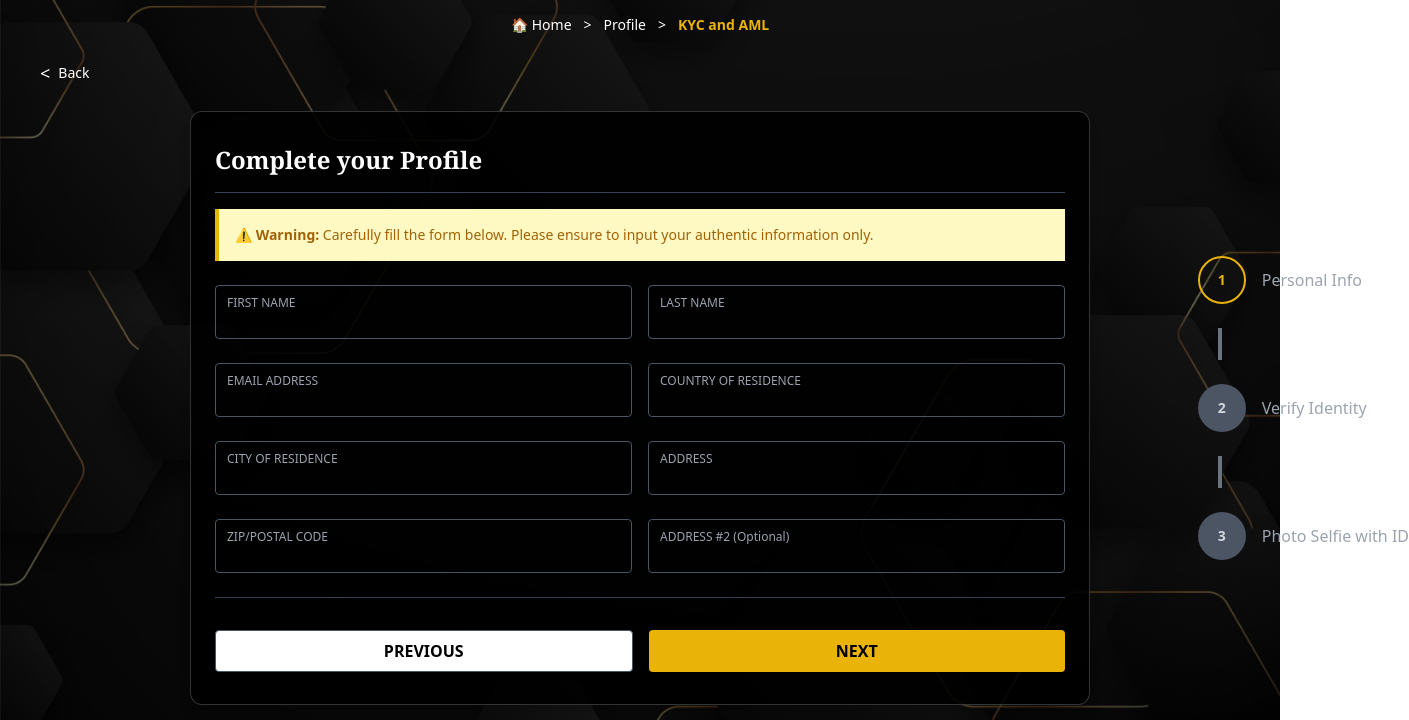
Repository: gloriousnetworker/onestep-authentication-system
Page: /kyc-setup
The author's editor kept a copy of each file at every save. The page is drawn from the files as they stood at one save, then again after the next save.
The browser window is 1280 px wide. The page is 1409 px wide, so the pictures cover 1409 px, including what lies to the right of the window. The pictures show the whole page.
The project was rebuilt for these pictures with package versions that can differ from the ones it lists, and the page was loaded fresh each time. Also part of the build but not shown: vite.config.js, src/pages/LoginPage.jsx, src/pages/SignupPage.jsx, src/pages/GrantAccess.jsx, src/pages/GrantAccessSignup.jsx, src/pages/OTPVerificationPage.jsx, src/pages/OTPVerificationSignup.jsx, src/pages/AccountSetupPage.jsx and 7 more.

Above is the page before, as saved 2025-01-17 14:48:38.

### index.html
<!doctype html>
<html lang="en">
  <head>
    <meta charset="UTF-8" />
    <link rel="icon" type="image/svg+xml" href="/digitalfingerprint.png" />
    <meta name="viewport" content="width=device-width, initial-scale=1.0" />
    <title>ONESTEP</title>
  </head>
  <body>
    <div id="root"></div>
    <script type="module" src="/src/main.jsx"></script>
  </body>
</html>

### src/App.jsx
import { BrowserRouter as Router, Routes, Route } from 'react-router-dom';
import { useState } from 'react';  // Import useState to manage notification state
import LoginPage from './pages/LoginPage';
import SignupPage from './pages/SignupPage';
import GrantAccess from './pages/GrantAccess';
import GrantAccessSignup from './pages/GrantAccessSignup';
import OTPVerificationPage from './pages/OTPVerificationPage';
import OTPVerificationSignupPage from './pages/OTPVerificationSignup';
import AccountSetupPage from './pages/AccountSetupPage';
import PasswordPage from './pages/PasswordPage';
import PasscodeSetupPage from './pages/PasscodeSetupPage';
import KYCAmlSetupPage from './pages/KYCSetupPage';
import VerifyIdentityPage from './pages/VerifyIdentityPage';
import DashboardPage from './pages/DashboardPage';
import BiometricsLoginPage from './pages/BiometricLoginPage';
import BiometricsRegistrationPage from './pages/BiometricsSetupPage';
import NotificationPopup from './components/NotificationPopup';  // Import NotificationPopup
import PhotoSelfieWithIDPage from './pages/PhotoSelfieWithIdPage';

function App() {
  // State for managing notification
  const [notification, setNotification] = useState({
    message: "",
    type: "",
  });

  // Function to trigger notification
  const showNotification = (message, type) => {
    setNotification({ message, type });
    // Automatically clear notification after 3 seconds
    setTimeout(() => setNotification({ message: "", type: "" }), 3000);
  };

  return (
    <Router>
      {/* Notification Popup */}
      <NotificationPopup
        message={notification.message}
        type={notification.type}
        onClose={() => setNotification({ message: "", type: "" })}
      />

      <Routes>
        <Route path="/" element={<LoginPage showNotification={showNotification} />} />
        <Route path="/sign-up" element={<SignupPage showNotification={showNotification} />} />
        <Route path="/grant-access" element={<GrantAccess showNotification={showNotification} />} />
        <Route path="/grant-access-signup" element={<GrantAccessSignup showNotification={showNotification} />} />
        <Route path="/otp-verification" element={<OTPVerificationPage showNotification={showNotification} />} />
        <Route path="/otp-verification-signup" element={<OTPVerificationSignupPage showNotification={showNotification} />} />
        <Route path="/account-setup" element={<AccountSetupPage showNotification={showNotification} />} />
        <Route path="/password" element={<PasswordPage showNotification={showNotification} />} />
        <Route path="/passcode" element={<PasscodeSetupPage showNotification={showNotification} />} />
        <Route path="/biometrics-setup" element={<BiometricsRegistrationPage showNotification={showNotification} />} />
        <Route path="/biometrics-login" element={<BiometricsLoginPage showNotification={showNotification} />} />
        <Route path="/kyc-setup" element={<KYCAmlSetupPage showNotification={showNotification} />} />
        <Route path="/verify-kyc" element={<VerifyIdentityPage showNotification={showNotification} />} />
        <Route path="/photo-verification" element={<PhotoSelfieWithIDPage showNotification={showNotification} />} />
        <Route path="/dashboard" element={<DashboardPage showNotification={showNotification} />} />
      </Routes>
    </Router>
  );
}

export default App;

### src/pages/KYCSetupPage.jsx
import React, { useState } from "react";
import { useNavigate } from "react-router-dom";

const KYCAmlSetupPage = () => {
  const navigate = useNavigate();
  const [formData, setFormData] = useState({
    firstName: "",
    lastName: "",
    email: "",
    country: "",
    city: "",
    address: "",
    postalCode: "",
    address2: "", // New address input for Address #2 (optional)
  });
  const [errors, setErrors] = useState({});
  const [isLoading, setIsLoading] = useState(false);
  const [formSubmitted, setFormSubmitted] = useState(false);

  const handleInputChange = (e) => {
    const { name, value } = e.target;
    setFormData({ ...formData, [name]: value });
  };

  // Validation logic
  const validateForm = () => {
    let formErrors = {};
    if (!formData.firstName) formErrors.firstName = "First Name is required.";
    if (!formData.lastName) formErrors.lastName = "Last Name is required.";
    if (!formData.email) {
      formErrors.email = "Email is required.";
    } else if (!/\S+@\S+\.\S+/.test(formData.email)) {
      formErrors.email = "Email address is invalid.";
    }
    if (!formData.country) formErrors.country = "Country is required.";
    if (!formData.city) formErrors.city = "City is required.";
    if (!formData.address) formErrors.address = "Address is required.";
    if (!formData.postalCode) formErrors.postalCode = "Postal code is required.";

    return formErrors;
  };

  // Handle form submission
  const handleSubmit = async (e) => {
    e.preventDefault();
    const validationErrors = validateForm();
    setErrors(validationErrors);

    if (Object.keys(validationErrors).length === 0) {
      setIsLoading(true);
      setFormSubmitted(false);
      // Simulate API call or further processing
      setTimeout(() => {
        setIsLoading(false);
        setFormSubmitted(true);
        // Redirect after successful form submission
        navigate("/verify-kyc");
      }, 2000); // Simulated delay for loading
    }
  };

  return (
    <div
      className="relative bg-cover bg-center min-h-screen flex flex-col justify-center"
      style={{
        backgroundImage:
          "linear-gradient(rgba(0, 0, 0, 0.6), rgba(0, 0, 0, 0.6)), url('/background.jpg')",
      }}
    >
      {/* Breadcrumb Navigation */}
      <div className="text-white text-sm flex items-center gap-2 justify-center mb-4">
        <span
          className="flex items-center gap-1 cursor-pointer"
          onClick={() => navigate("/")}
        >
          <span>🏠</span>
          <span>Home</span>
        </span>
        <span className="mx-1">{">"}</span>
        <span className="flex items-center gap-1 cursor-pointer">
          <span>Profile</span>
        </span>
        <span className="mx-1">{">"}</span>
        <span className="text-yellow-500 font-semibold">KYC and AML</span>
      </div>

      {/* Back Button */}
      <div
        className="text-white text-sm flex items-center gap-2 cursor-pointer mb-6 lg:ml-10 lg:mt-2"
        onClick={() => navigate(-1)}
      >
        <span className="text-lg">{"<"}</span>
        <span>Back</span>
      </div>

      {/* Card and Content */}
      <div className="w-full max-w-[900px] mx-auto px-6 py-8 bg-black bg-opacity-90 border border-white border-opacity-20 rounded-xl shadow-lg relative">
        {/* Header */}
        <h1 className="text-white text-xl sm:text-2xl font-bold mb-4 font-serif text-center sm:text-left">
          Complete your Profile
        </h1>

        <hr className="border-gray-700 mb-4" />

        {/* Step Info (For Large Screens - Right Side) */}
        <div className="hidden md:flex flex-col items-start gap-6 md:absolute md:top-1/2 md:-right-80  md:transform md:-translate-y-1/2">
          {/* Step 1 */}
          <div className="flex items-center gap-4">
            <div className="w-12 h-12 flex items-center justify-center rounded-full bg-transparent border-2 border-yellow-500 text-yellow-500 text-sm font-semibold">
              1
            </div>
            <span className="text-gray-400 text-base font-medium">
              Personal Info
            </span>
          </div>
          {/* Connector */}
          <div className="h-8 w-1 bg-gray-500 ml-5"></div>
          {/* Step 2 */}
          <div className="flex items-center gap-4">
            <div className="w-12 h-12 flex items-center justify-center rounded-full bg-gray-600 text-gray-300 text-sm font-semibold">
              2
            </div>
            <span className="text-gray-400 text-base font-medium">
              Verify Identity
            </span>
          </div>
          {/* Connector */}
          <div className="h-8 w-1 bg-gray-500 ml-5"></div>
          {/* Step 3 */}
          <div className="flex items-center gap-4">
            <div className="w-12 h-12 flex items-center justify-center rounded-full bg-gray-600 text-gray-300 text-sm font-semibold">
              3
            </div>
            <span className="text-gray-400 text-base font-medium">
              Photo Selfie with ID
            </span>
          </div>
        </div>

        {/* Step Info (For Mobile and Tablet Screens - Top) */}
        <div className="flex lg:hidden justify-center items-center gap-6 mb-6">
          {/* Circle 1 */}
          <div className="flex flex-col items-center">
            <div className="w-10 h-10 flex items-center justify-center rounded-full bg-yellow-500 text-black text-sm font-semibold">
              1
            </div>
            <p className="text-xs text-gray-300 mt-2">Personal Info</p>
          </div>
          {/* Circle 2 */}
          <div className="flex flex-col items-center">
            <div className="w-10 h-10 flex items-center justify-center rounded-full bg-gray-600 text-gray-300 text-sm font-semibold">
              2
            </div>
            <p className="text-xs text-gray-300 mt-2">Verify Identity</p>
          </div>
          {/* Circle 3 */}
          <div className="flex flex-col items-center">
            <div className="w-10 h-10 flex items-center justify-center rounded-full bg-gray-600 text-gray-300 text-sm font-semibold">
              3
            </div>
            <p className="text-xs text-gray-300 mt-2">Photo Selfie with ID</p>
          </div>
        </div>

        {/* Warning */}
        <div className="bg-yellow-100 border-l-4 border-yellow-500 text-yellow-700 p-4 mb-6">
          <p className="text-sm">
            <span className="font-bold">⚠ Warning:</span> Carefully fill the
            form below. Please ensure to input your authentic information only.
          </p>
        </div>

        {/* Form */}
        <div className="grid grid-cols-1 sm:grid-cols-2 gap-4 mb-6">
          {/* First Name */}
          <div className="relative">
            <input
              type="text"
              name="firstName"
              className="peer w-full bg-transparent border border-gray-600 rounded px-3 pt-5 pb-2 text-gray-200 outline-none focus:border-blue-500"
              value={formData.firstName}
              onChange={handleInputChange}
            />
            <label className="absolute left-3 top-2.5 text-gray-400 text-xs transition-all peer-placeholder-shown:top-5 peer-placeholder-shown:text-sm peer-placeholder-shown:text-gray-600 peer-focus:top-2.5 peer-focus:text-xs peer-focus:text-blue-500">
              FIRST NAME
            </label>
            {errors.firstName && <p className="text-red-500 text-xs">{errors.firstName}</p>}
          </div>

          {/* Last Name */}
          <div className="relative">
            <input
              type="text"
              name="lastName"
              className="peer w-full bg-transparent border border-gray-600 rounded px-3 pt-5 pb-2 text-gray-200 outline-none focus:border-blue-500"
              value={formData.lastName}
              onChange={handleInputChange}
            />
            <label className="absolute left-3 top-2.5 text-gray-400 text-xs transition-all peer-placeholder-shown:top-5 peer-placeholder-shown:text-sm peer-placeholder-shown:text-gray-600 peer-focus:top-2.5 peer-focus:text-xs peer-focus:text-blue-500">
              LAST NAME
            </label>
            {errors.lastName && <p className="text-red-500 text-xs">{errors.lastName}</p>}
          </div>
        </div>

        <div className="grid grid-cols-1 sm:grid-cols-2 gap-4 mb-6">
          {/* Email */}
          <div className="relative">
            <input
              type="email"
              name="email"
              className="peer w-full bg-transparent border border-gray-600 rounded px-3 pt-5 pb-2 text-gray-200 outline-none focus:border-blue-500"
              value={formData.email}
              onChange={handleInputChange}
            />
            <label className="absolute left-3 top-2.5 text-gray-400 text-xs transition-all peer-placeholder-shown:top-5 peer-placeholder-shown:text-sm peer-placeholder-shown:text-gray-600 peer-focus:top-2.5 peer-focus:text-xs peer-focus:text-blue-500">
              EMAIL ADDRESS
            </label>
            {errors.email && <p className="text-red-500 text-xs">{errors.email}</p>}
          </div>

          {/* Country */}
          <div className="relative">
            <input
              type="text"
              name="country"
              className="peer w-full bg-transparent border border-gray-600 rounded px-3 pt-5 pb-2 text-gray-200 outline-none focus:border-blue-500"
              value={formData.country}
              onChange={handleInputChange}
            />
            <label className="absolute left-3 top-2.5 text-gray-400 text-xs transition-all peer-placeholder-shown:top-5 peer-placeholder-shown:text-sm peer-placeholder-shown:text-gray-600 peer-focus:top-2.5 peer-focus:text-xs peer-focus:text-blue-500">
              COUNTRY OF RESIDENCE
            </label>
            {errors.country && <p className="text-red-500 text-xs">{errors.country}</p>}
          </div>
        </div>

        <div className="grid grid-cols-1 sm:grid-cols-2 gap-4 mb-6">
          {/* City */}
          <div className="relative">
            <input
              type="text"
              name="city"
              className="peer w-full bg-transparent border border-gray-600 rounded px-3 pt-5 pb-2 text-gray-200 outline-none focus:border-blue-500"
              value={formData.city}
              onChange={handleInputChange}
            />
            <label className="absolute left-3 top-2.5 text-gray-400 text-xs transition-all peer-placeholder-shown:top-5 peer-placeholder-shown:text-sm peer-placeholder-shown:text-gray-600 peer-focus:top-2.5 peer-focus:text-xs peer-focus:text-blue-500">
              CITY OF RESIDENCE
            </label>
          </div>

          {/* Address */}
          <div className="relative">
            <input
              type="text"
              name="address"
              className="peer w-full bg-transparent border border-gray-600 rounded px-3 pt-5 pb-2 text-gray-200 outline-none focus:border-blue-500"
              value={formData.address}
              onChange={handleInputChange}
            />
            <label className="absolute left-3 top-2.5 text-gray-400 text-xs transition-all peer-placeholder-shown:top-5 peer-placeholder-shown:text-sm peer-placeholder-shown:text-gray-600 peer-focus:top-2.5 peer-focus:text-xs peer-focus:text-blue-500">
              ADDRESS
            </label>
          </div>
        </div>

        <div className="grid grid-cols-1 sm:grid-cols-2 gap-4 mb-6">
          {/* Postal Code */}
          <div className="relative">
            <input
              type="text"
              name="postalCode"
              className="peer w-full bg-transparent border border-gray-600 rounded px-3 pt-5 pb-2 text-gray-200 outline-none focus:border-blue-500"
              value={formData.postalCode}
              onChange={handleInputChange}
            />
            <label className="absolute left-3 top-2.5 text-gray-400 text-xs transition-all peer-placeholder-shown:top-5 peer-placeholder-shown:text-sm peer-placeholder-shown:text-gray-600 peer-focus:top-2.5 peer-focus:text-xs peer-focus:text-blue-500">
              ZIP/POSTAL CODE
            </label>
          </div>

          {/* Address #2 (Optional) */}
          <div className="relative">
            <input
              type="text"
              name="address2"
              className="peer w-full bg-transparent border border-gray-600 rounded px-3 pt-5 pb-2 text-gray-200 outline-none focus:border-blue-500"
              value={formData.address2}
              onChange={handleInputChange}
            />
            <label className="absolute left-3 top-2.5 text-gray-400 text-xs transition-all peer-placeholder-shown:top-5 peer-placeholder-shown:text-sm peer-placeholder-shown:text-gray-600 peer-focus:top-2.5 peer-focus:text-xs peer-focus:text-blue-500">
              ADDRESS #2 (Optional)
            </label>
          </div>
        </div>
        <hr className="border-gray-700 mb-4" />

        {/* Previous and Next Buttons */}
        <div className="flex gap-4">
          <button className="bg-white text-black border border-gray-600 font-semibold w-full py-2 rounded mt-4">
            PREVIOUS
          </button>
          <button className="bg-yellow-500 hover:bg-yellow-600 text-black font-semibold w-full py-2 rounded mt-4">
            NEXT
          </button>
        </div>
      </div>
    </div>
  );
};

export default KYCAmlSetupPage;

### src/components/NotificationPopup.jsx
import React from "react";

const NotificationPopup = ({ message, type, onClose }) => {
  // Define alert styles based on the type
  const typeStyles = {
    success: "bg-green-500 text-white",
    error: "bg-red-500 text-white",
    warning: "bg-yellow-500 text-black",
    info: "bg-blue-500 text-white",
  };

  return (
    <div
      className={`fixed top-4 right-4 w-[300px] sm:w-[400px] p-4 rounded-md shadow-lg transition-transform transform ${
        message ? "scale-100" : "scale-0"
      } ${typeStyles[type] || "bg-gray-500 text-white"}`}
    >
      <div className="flex justify-between items-center">
        {/* Message Content */}
        <span className="text-sm sm:text-base">{message}</span>

        {/* Close Button */}
        <button
          onClick={onClose}
          className="ml-4 text-lg font-bold hover:text-opacity-80"
          aria-label="Close notification"
        >
          &times;
        </button>
      </div>
    </div>
  );
};

export default NotificationPopup;

### tailwind.config.js
module.exports = {
  content: [
    "./index.html",
    "./src/**/*.{js,jsx,ts,tsx}",
  ],
  theme: {
    extend: {
      fontFamily: {
        'times': ['Times New Roman', 'serif'],
      },
    },
  },
  plugins: [],
};

Loaded but not shown: src/main.jsx (common file); src/index.css (common file)

After the next save:
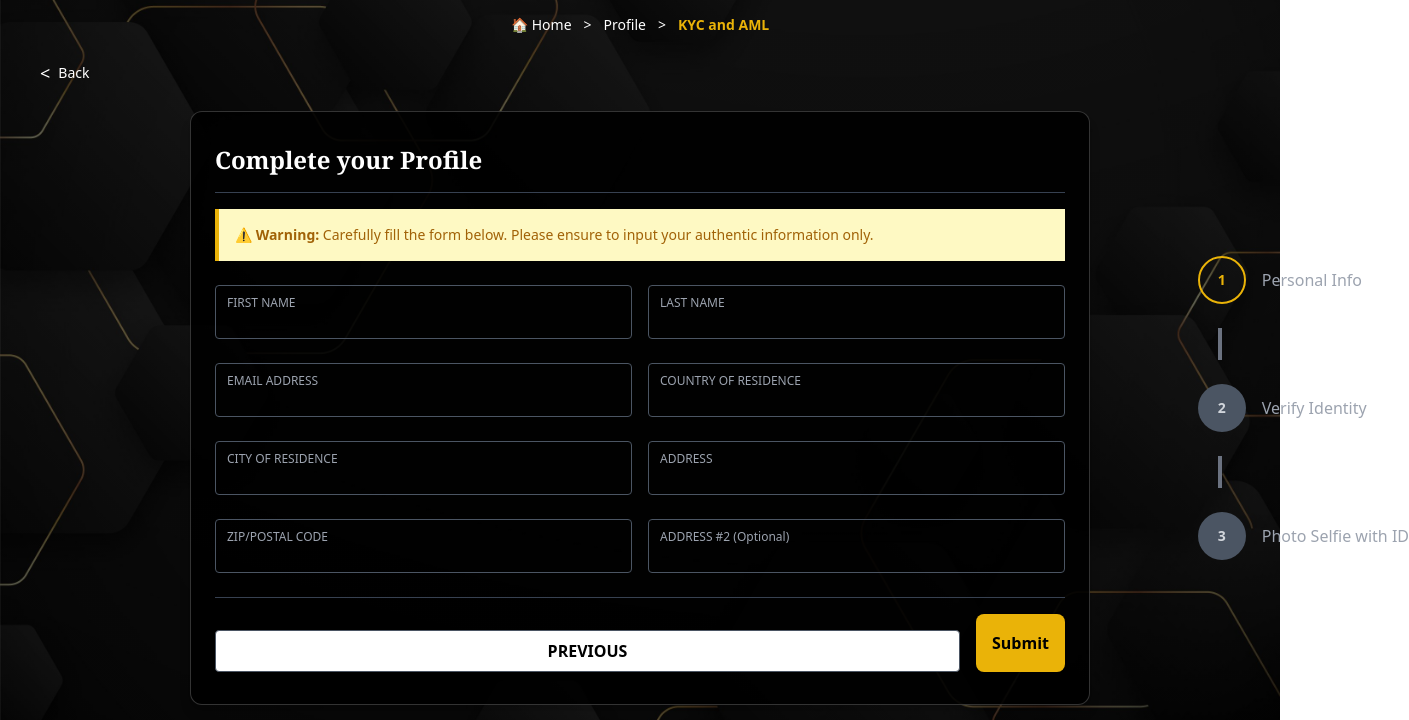
Saved 73 s later.
--- a/src/pages/KYCSetupPage.jsx
+++ b/src/pages/KYCSetupPage.jsx
@@ -301,9 +301,12 @@
           <button className="bg-white text-black border border-gray-600 font-semibold w-full py-2 rounded mt-4">
             PREVIOUS
           </button>
-          <button className="bg-yellow-500 hover:bg-yellow-600 text-black font-semibold w-full py-2 rounded mt-4">
-            NEXT
-          </button>
+          <button
+              type="submit"
+              className="bg-yellow-500 text-black font-semibold py-2 px-4 rounded-lg shadow-md hover:bg-yellow-600 focus:outline-none focus:ring-2 focus:ring-yellow-500 focus:ring-opacity-50"
+            >
+              {isLoading ? "Submitting..." : "Submit"}
+            </button>
         </div>
       </div>
     </div>

After the save that followed:
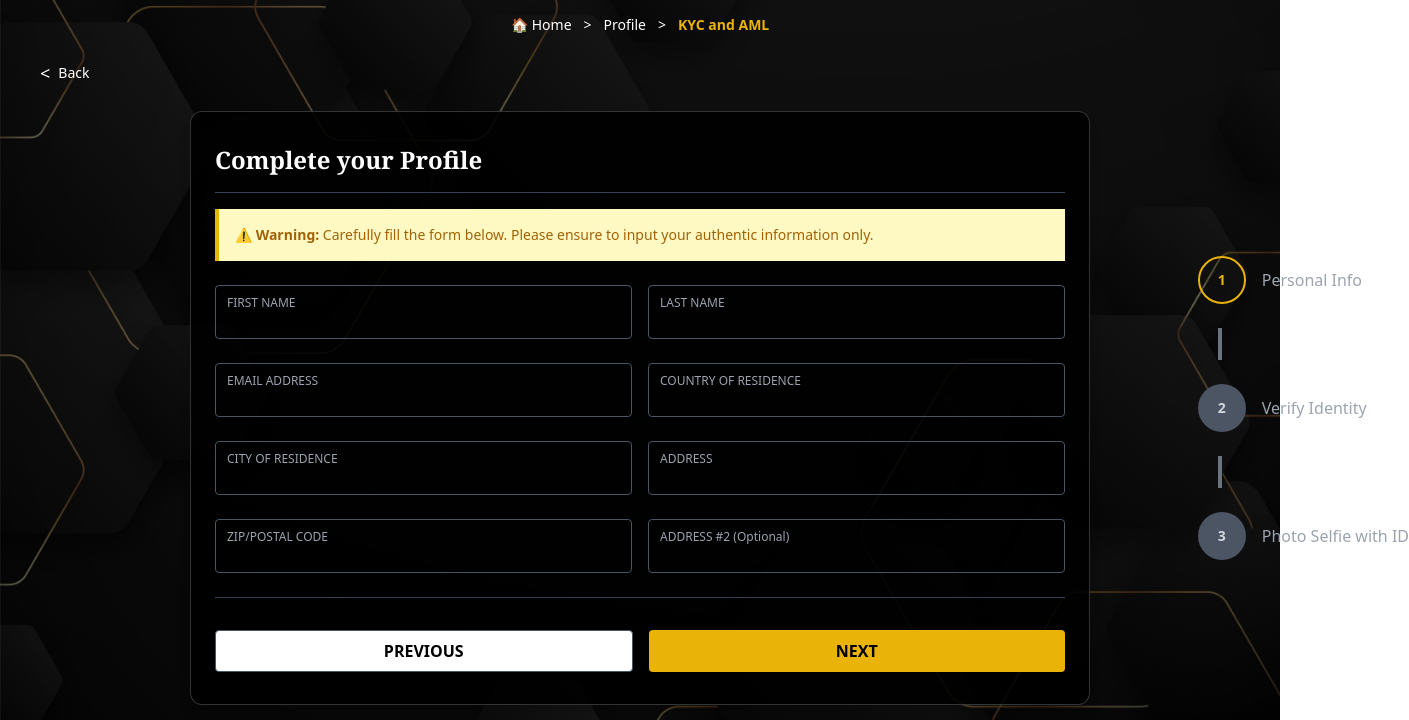
Saved 21 s later.
--- a/src/pages/KYCSetupPage.jsx
+++ b/src/pages/KYCSetupPage.jsx
@@ -301,12 +301,9 @@
           <button className="bg-white text-black border border-gray-600 font-semibold w-full py-2 rounded mt-4">
             PREVIOUS
           </button>
-          <button
-              type="submit"
-              className="bg-yellow-500 text-black font-semibold py-2 px-4 rounded-lg shadow-md hover:bg-yellow-600 focus:outline-none focus:ring-2 focus:ring-yellow-500 focus:ring-opacity-50"
-            >
-              {isLoading ? "Submitting..." : "Submit"}
-            </button>
+          <button className="bg-yellow-500 hover:bg-yellow-600 text-black font-semibold w-full py-2 rounded mt-4">
+            NEXT
+          </button>
         </div>
       </div>
     </div>
